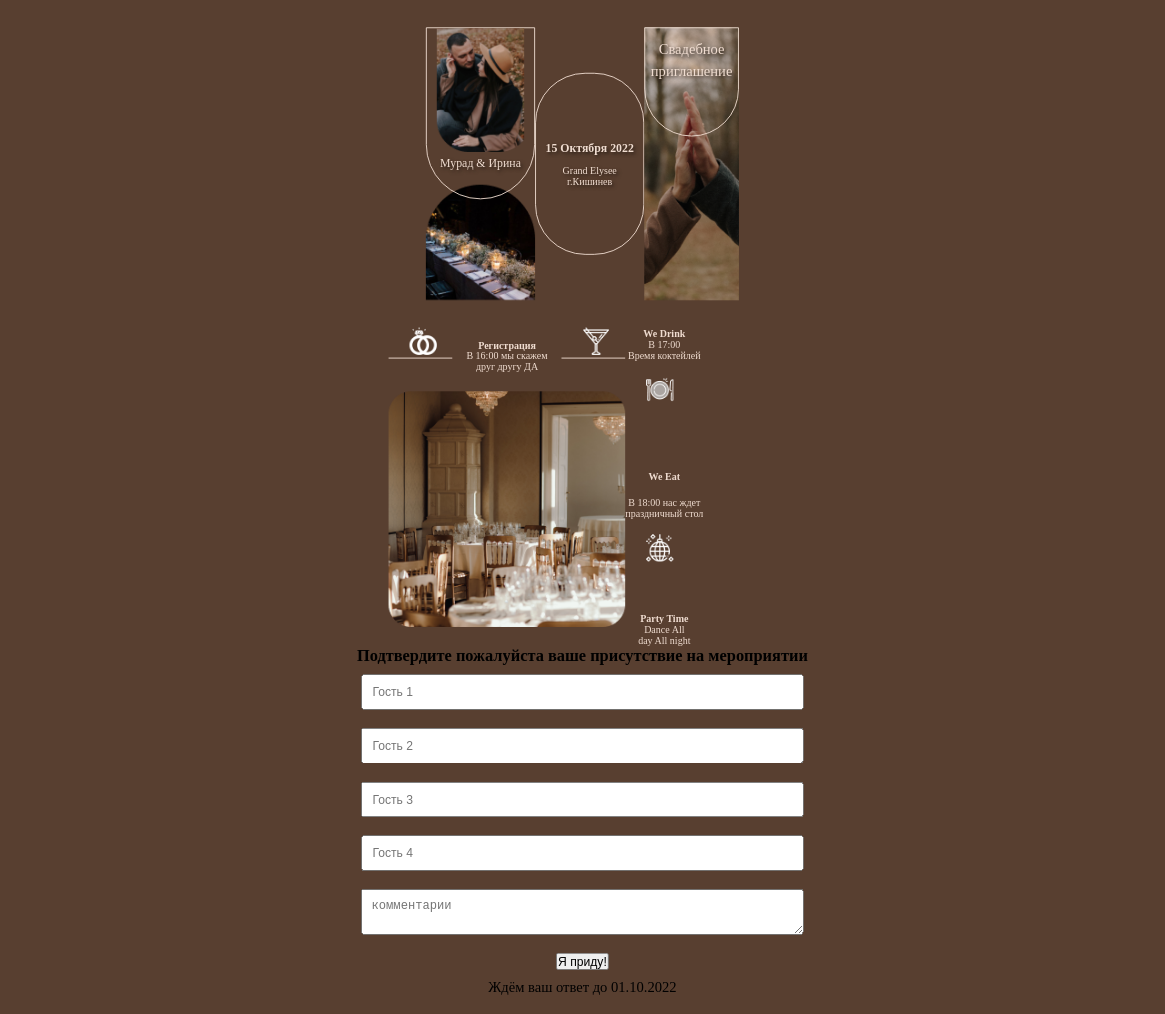
Repository: Anthony8845/wedding_invitation
Page: index.html
These files come from the project's save history. The page is drawn as it stood at one moment and after the next save; the edit follows.
The browser window is 1280 px wide. The pictures show the whole page, at 91% of full size.

Above is the page before, as saved 2022-07-29 19:15:01.

### index.html
<!DOCTYPE html>
<html lang="en">
<head>
    <meta charset="UTF-8">
    <meta http-equiv="X-UA-Compatible" content="IE=edge">
    <meta name="viewport" content="width=device-width, user-scalable=yes">
    <link rel="stylesheet" href="./style.css">
    <!-- <script src="./script.js"></script> -->
    <title>Приглашение на свадьбу</title>
</head>
<body>

    <div class="invitation">
        <div class="info">
            <div class="info_block">
                <div class="info_border">
                    <div class="info_img-u"></div>
                    <div class="info_name">Мурад & Ирина</div>
                </div>
                <div class="info_img-d"></div>
            </div>
            <div class="info__block">
                <div class="block__data">
                    <div class="info_timer"></div>
                    <div class="info_date">
                        <h4>15 Октября 2022</h4>
                        <p>Grand Elysee <br>
                            г.Кишинев</p>
                    </div>
                </div>
            </div>
            <div class="info__block">
                <div class="info_invitation">Свадебное<br>приглашение</div>
                <div class="info_img-r"></div>
            </div>

        </div>
        <div class="timetable">
            <div class="timetable_block">
                <div class="block_icon">
                    <div class="icon_reg icon"></div>
                    <div class="line_icon-d"></div>
                </div>
                <div class="block_reg">
                    <h4>Регистрация</h4>
                    <p>В 16:00 мы скажем <br> друг другу ДА</p>
                </div>
                <div class="block_icon">
                    <div class="icon_drink icon"></div>
                    <div class="line_icon-d"></div>
                </div>

            </div>
            <div class="timetable_block">
                <div class="img_table"></div>
            </div>
            <div class="timetable_block">
                <div class="block_drink">
                    <h4>We Drink</h4>
                    <p>В 17:00<br> Время коктейлей</p>
                </div>
                <div class="block_icon">
                    <div class="icon_eat icon"></div>
                    <div class="line_icon-l"></div>
                </div>

                <div class="block_eat"></div>
                    <h4>We Eat</h4>
                    <p>В 18:00 нас ждет <br> праздничный стол</p>
                    <div class="block_icon">
                        <div class="icon_party icon"></div>
                        <div class="line_icon-l"></div>
                    </div>

                <div class="block_party">
                    <h4>Party Time</h4>
                    <p>Dance All<br> day All night</p>
                </div>
            </div>
        </div>
        <div class="thanks">
            <div></div>
            <div></div>
            <div></div>
        </div>
        <form class="form"  action="mail.php"  method="POST" >
            <h2 class="form__header">Подтвердите пожалуйста ваше присутствие на мероприятии</h2>
            <input class="form__input_item" type="text" name="Guest1" placeholder="Гость 1">
            <input class="form__input_item" type="text" name="Guest2" placeholder="Гость 2">
            <input class="form__input_item" type="text" name="Guest3" placeholder="Гость 3">
            <input class="form__input_item" type="text" name="Guest4" placeholder="Гость 4">
            <textarea class="form__comment" name="Comment" placeholder="комментарии"></textarea>
            <button class="form__btn">Я приду!</button>
        </form>
        <div class="footer">Ждём ваш ответ до 01.10.2022</div>
    </div>
</body>
</html>

### style.css
* {
    box-sizing: border-box;
    margin: 0;
    padding: 0;
}

body{
    /* position: relative; */
    padding: 20px 0;
    background-color: rgb(88, 63, 48);
}



.invitation {
    display: flex;
    flex-direction: column;
    align-items: center;
}
.info {
    color: rgb(240, 221, 209);
    display: flex;
    justify-content: space-between;
    align-items: center;
    text-align: center;
    text-shadow: 2px 2px 4px rgb(44, 32, 24);
    margin: 10px 3% 30px 3%;
}
.info_block {
    width: 120px;
    height: 300px;

}
.info_border {
    width: 120px;
    position: absolute;
    border: 1px solid rgb(240, 221, 209);
    padding-bottom: 30px;
    border-radius: 0 0 60px 60px;

}
.info_img-u {
    width: 103px;
    height: 136px;
    background: url(./img/IMG_2.png) no-repeat;
    margin-left: auto;
    margin-right: auto;
    width: 6em;
    margin-bottom: 5px;


}
.info_name {
    font-size: 13px;
}
.info_img-d {
    margin-top: 173px;
    width: 120px;
    height: 127px;
    background: url(./img/Image.png) no-repeat;
}

.info_img-r {
    width: 104px;
    height: 300px;
    background: url(./img/IMG_104-300.png);
}

.block__data {
    display: table-cell;
    vertical-align: middle;
    width: 120px;
    height: 200px;
    border: 1px solid rgb(240, 221, 209);
    border-radius: 55px;
}


.info_timer {

}

.info_date {
    font-size: 11px;
}
.info_date h4 {
    font-size: 13px;
    padding-bottom: 10px;
}

.info_invitation{
    width: 104px;
    height: 120px;
    position: absolute;
    border: 1px solid rgb(240, 221, 209);
    border-radius: 0 0 60px 60px;
    padding-top: 10px;
    line-height: 25px;
}

.icon {
    width: 30px;
    height: 30px;
}

.block_icon{
    padding: 0 0 0 23px;
    width: 70px;
    height: 70px;
}

.line_icon-d{
    width: 70px;
    position: relative;
    right: 23px;
    padding-top: 3px;
    border-bottom: 1px solid rgb(240, 221, 209);
}
.line_icon-l{

}

.timetable {
    position: relative;
    right: 40px;
    font-size: 11px;
    color: rgb(240, 221, 209);
    max-width: 390px;
    height: 350px;
    display: flex;
    flex-direction: column;
    flex-wrap: wrap;

}
.timetable_block {
    text-align: center;
    max-width: 260px;
    display: flex;
    justify-content: space-between;
}

.timetable_block:last-child {
    height: 350px;
    display: flex;
    flex-direction: column;
    justify-content: space-between;
}

.icon_reg {

    background: url(./img/wedding-rings.png) no-repeat ;
    background-size: contain;
}
.block_reg {
   padding-top: 5%;
}
.icon_drink {

    background: url(./img/martini.png) no-repeat;
    background-size: contain;
}
.img_table {
    width: 260px;
    height: 259px;
    background: url(./img/interior.png);
}
.block_drink {
}
.icon_eat {
    background: url(./img/dish.png) no-repeat;
    background-size: contain;
}
.block_eat {
}
.icon_party {
    background: url(./img/mirror-ball.png);
    background-size: contain;
}
.block_party {
}





.form {

    text-align: center;
    margin: 0 10%;

    display: flex;
    flex-direction: column;

}

.form::after {
    content: '';
    position: absolute;
    top: 0;
    left: 0;
    width: 100%;
    height: 100%;
    background: #767676 url(./img/heart.gif) center /50px no-repeat;
    opacity: 0;
    visibility: hidden;
}

.form._sending::after {
    opacity: 0.8;
    visibility: visible;
}


.form__header {
    font-size: 18px;
}

.form__input_item {
    margin: 10px 5px;
    padding: 10px 10px;

}

.form__comment {
    padding: 10px 10px;
    margin: 10px 5px;
    resize: vertical;
    height: 50px;
}

.form__btn {
    margin: 0 auto;
    margin-top: 10px;
    max-width: 70px;
}

.footer {
    margin-top: 10px;
    text-align: center;
}

After the next save:
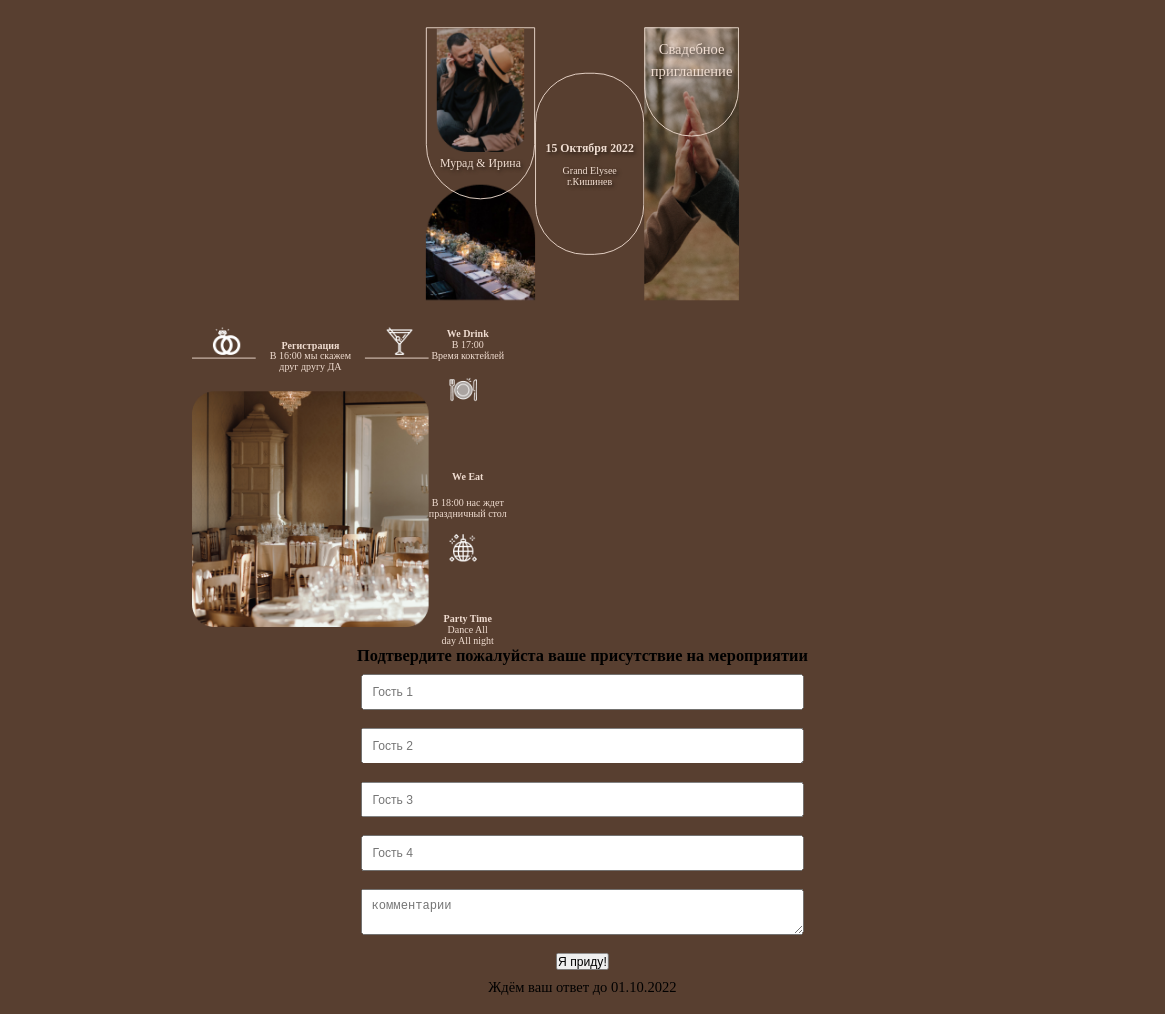
Saved 2 min 7 s later.
--- a/style.css
+++ b/style.css
@@ -122,7 +122,7 @@ body{
 
 .timetable {
     position: relative;
-    right: 40px;
+    right: 20%;
     font-size: 11px;
     color: rgb(240, 221, 209);
     max-width: 390px;
